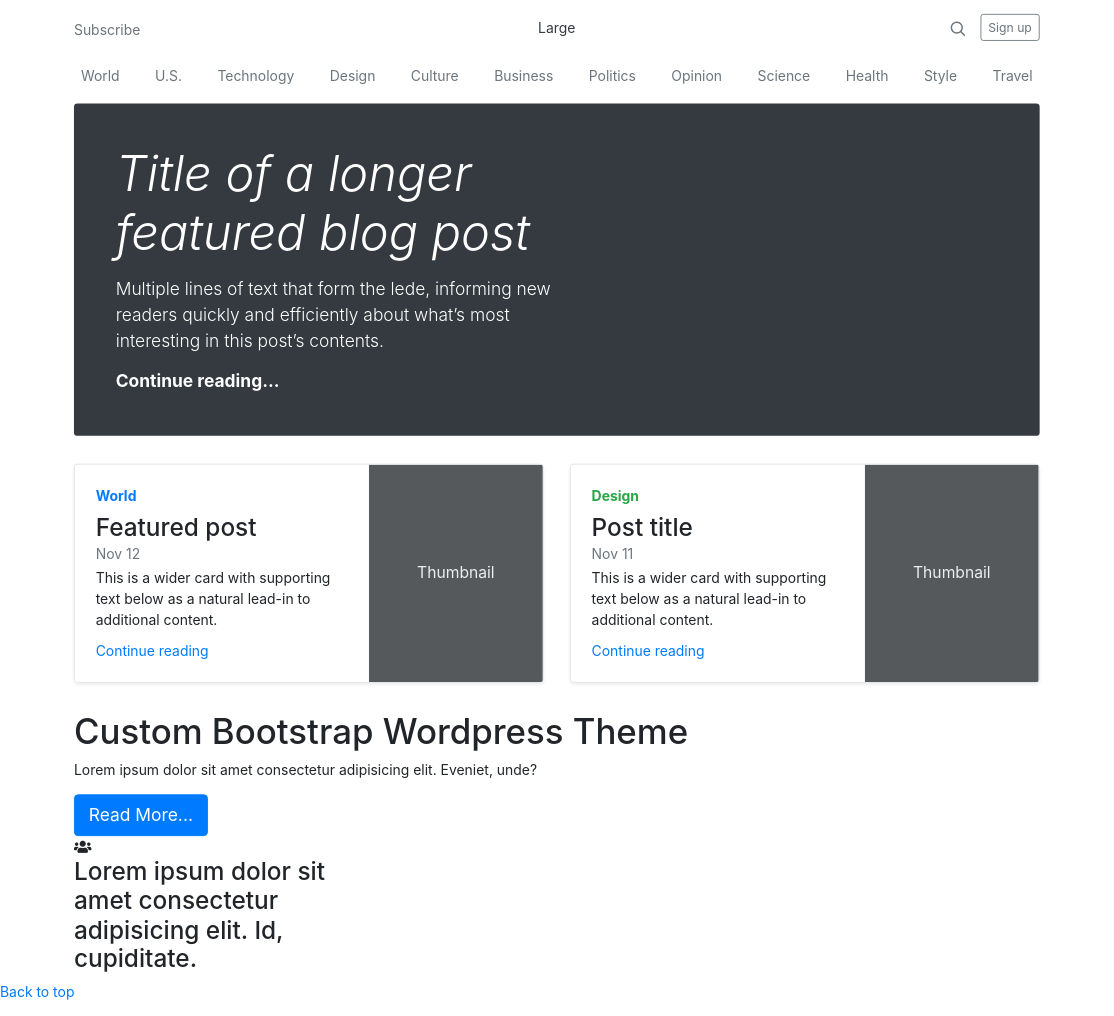
Repository: konstantin0s/wordpress-bootstrap
Page: Front.html
An editor plug-in stored every save of this project. The page is shown before and after the next save, followed by the edit.
The browser window is 1280 px wide. The pictures show the whole page, at 87% of full size.
Some icons come from a web library that is not loaded, so they are not drawn. Some web libraries are served in a nearby version.

Above is the page before, as saved 2019-05-14 18:10:36.

After the next save:
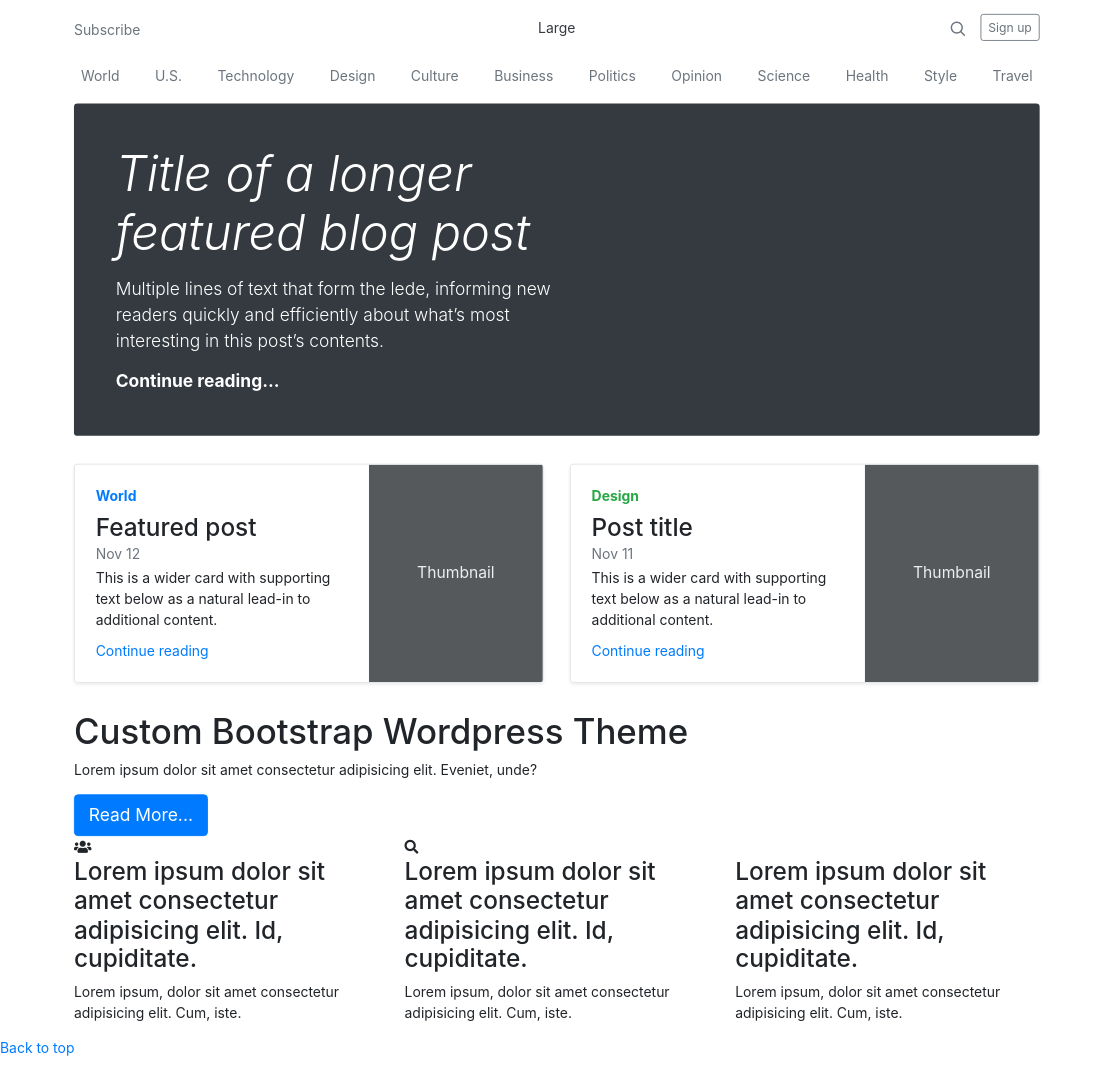
Saved 60 s later.
--- a/Front.html
+++ b/Front.html
@@ -130,8 +130,26 @@
         <div class="box">
 <i class="fa fa-users"></i>
  <h3>Lorem ipsum dolor sit amet consectetur adipisicing elit. Id, cupiditate.</h3>
-        </div>
+<p>Lorem ipsum, dolor sit amet consectetur adipisicing elit. Cum, iste.</p>
+</div>
       </div>
+
+      <div class="col-md-4">
+        <div class="box">
+<i class="fa fa-search"></i>
+ <h3>Lorem ipsum dolor sit amet consectetur adipisicing elit. Id, cupiditate.</h3>
+<p>Lorem ipsum, dolor sit amet consectetur adipisicing elit. Cum, iste.</p>
+</div>
+      </div>
+
+      <div class="col-md-4">
+        <div class="box">
+<i class="fa fa-gears"></i>
+ <h3>Lorem ipsum dolor sit amet consectetur adipisicing elit. Id, cupiditate.</h3>
+<p>Lorem ipsum, dolor sit amet consectetur adipisicing elit. Cum, iste.</p>
+</div>
+      </div>
+
     </div>
   </div>
 </section>
